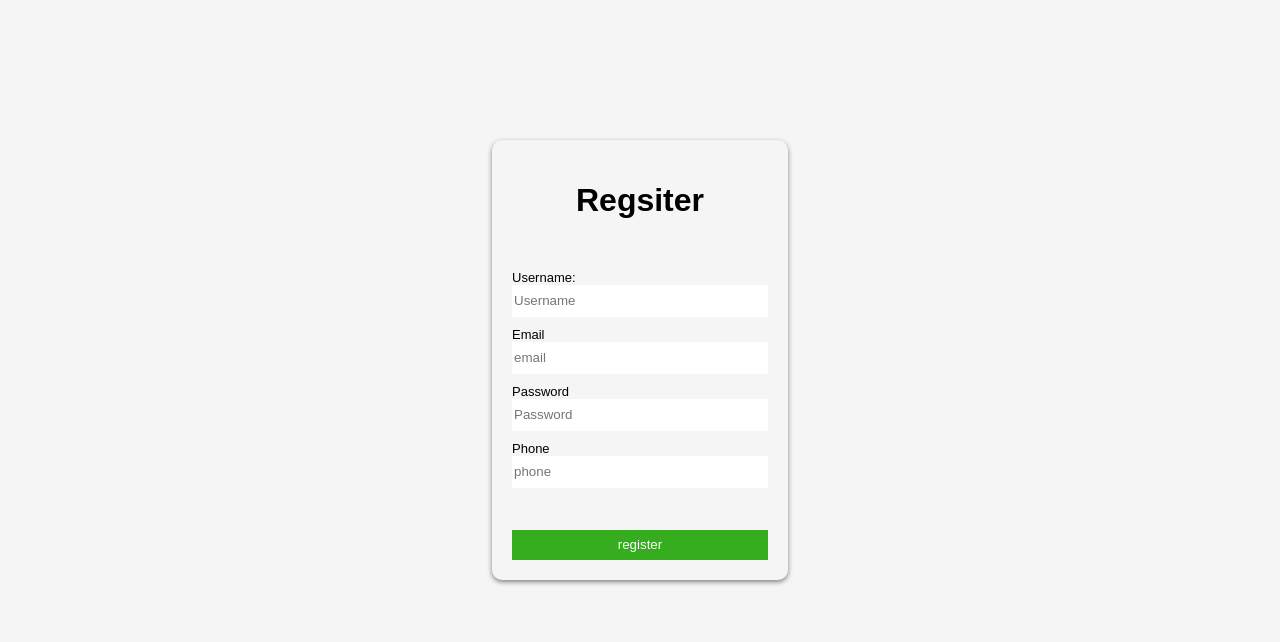
Repository: Dennis-star1001/PHP-CRUD
Page: http://localhost/register.php
An editor plug-in stored every save of this project. The page is shown before and after the next save, followed by the edit.
The browser window is 1280 px wide. The pictures show the whole page.
The page is run by PHP 8.4 with error messages shown; the project is at /var/www/html/.

Above is the page before, as saved 2022-07-05 22:35:12.

### register.php
<?php require("backend.php");
?>
<?php
$err = "";
$sucess ='';
$clas = '';
if (isset($_GET['err'])) {
    $err = $_GET['err'];
    $clas = 'error';

}elseif(isset($_GET['sucess'])){
    $sucess = $_GET['err'];
    $clas = 'sucess';

} ?>
<!DOCTYPE html>
<html lang="en">

<head>
    <meta charset="UTF-8">
    <meta http-equiv="X-UA-Compatible" content="IE=edge">
    <meta name="viewport" content="width=device-width, initial-scale=1.0">
    <link rel="stylesheet" href="style.css">
    <title>Document</title>
</head>

<body>
    <form method="POST" action="backend.php">
        <div class="container">
            <div class="left">
                <h1 class="title">Regsiter</h1>
                <?php echo "<div class='$clas'>$err</div>" ?>
                <?php echo "<div class='$clas'>$sucess</div>" ?>
                <div class="input-field">
                    <label for="username">Username:</label>
                    <input type="text" class="text-input" placeholder="Username" name="username" />
                </div>
                <div class="input-field">
                    <label for="email">Email</label>
                    <input type="email" class="text-input" placeholder="email" name="email" />
                </div>
                <div class="input-field">
                    <label for="password">Password</label>
                    <input type="password" class="text-input" placeholder="Password" name="password" />
                </div>
                <div class="input-field">
                    <label for="phone">Phone</label>
                    <input type="phonr" class="text-input" placeholder="phone" name="phone" />
                    <p></p>
                </div>
                <input type="submit" value="register" class="submit" name="register" />

            </div>

        </div>
    </form>

</body>

</html>

### backend.php
<?php
require("connection.php");

if (isset($_POST['register'])) {
    $username = $_POST['username'];
    $email = $_POST['email'];
    $password = $_POST['password'];
    $phone = $_POST['phone'];

    if (empty($username) || empty($email) || empty($password) || empty($phone)) {
        header("Location: register.php?err=Empty field not allowed!");
        exit;
    }

    //check if existed
    $Select_sql = "SELECT * FROM register WHERE username = '$username' AND phone = '$phone'";

    $query =  mysqli_query($conn, $Select_sql);


    if (mysqli_num_rows($query) > 0) {
        header("Location: register.php?err=This user already exist");
        exit;
    } else {
        $Insert_sql = "INSERT INTO register SET username = '$username', email='$email', password='$password', phone = '$phone'";
        mysqli_query($conn, $Insert_sql);
        header("Location: login.php?sucess=You can now register");
    }
}


if (isset($_POST['login'])) {
    $username = $_POST['username'];

    $password = $_POST['password'];


    if (empty($username) || empty($password)) {
        header("Location: login.php?err=Empty field not allowed!");
        exit;
    }

    $sql = "SELECT * FROM register WHERE username = '$username' AND password = '$password'";
    $query = mysqli_query($conn, $sql);
    if (mysqli_num_rows($query) > 0) {
        $row = mysqli_fetch_array($query);
        $_SESSION['id'] = $row['id'];
        $_SESSION['username'] = $row['username'];
        $_SESSION['password'] = $row['password'];

        header("Location: index.php?success=Logged in...");


    } else {
        header("Location: login.php?err=User not found!");
        exit;
    }

}

### connection.php
<?php
$conn = mysqli_connect("localhost", "root", "", "Wild_animals");
if(!$conn){
die("Connection failed: " . mysqli_connect_error());
}

### style.css
body {
    margin: 0px;
    font-family: sans-serif;
    background-color: whitesmoke;
}

.title{

    text-align: center;

}

.container{
    display: flex;
    justify-content: center;
    align-items: center;
    height: 100vh;
}
.left{
    display: flex;
    flex-direction: column;
    width: 20%;
    /* border: 1px solid black; */
    box-shadow: 0 2px 5px gray;
    border-radius: 10px;
    padding: 20px;
    gap: 10px;
}
.input-field{
    display: flex;
    flex-direction: column;
}
input{
    height: 30px;
    border: none;

}
input:focus{
    outline: none;
    border-bottom: 1px solid gray;
}
label{
    font-size: 13px;
}
.submit{
    background-color: rgb(54, 173, 30);
    border: none;
    color: white;
}
.error {
    height: 5%;
    width: 100%;
    background-color: pink;
    color: red;
    font-family: sans-serif;
    display: flex;
    justify-content: center;
    align-items: center;
    font-size: 15px;
}

.success {
    height: 10%;
    width: 100%;
    background-color: lightgreen;
    color: green;
    font-family: sans-serif;
    display: flex;
    justify-content: center;
    align-items: center;
    font-size: 15px;
}

After the next save:
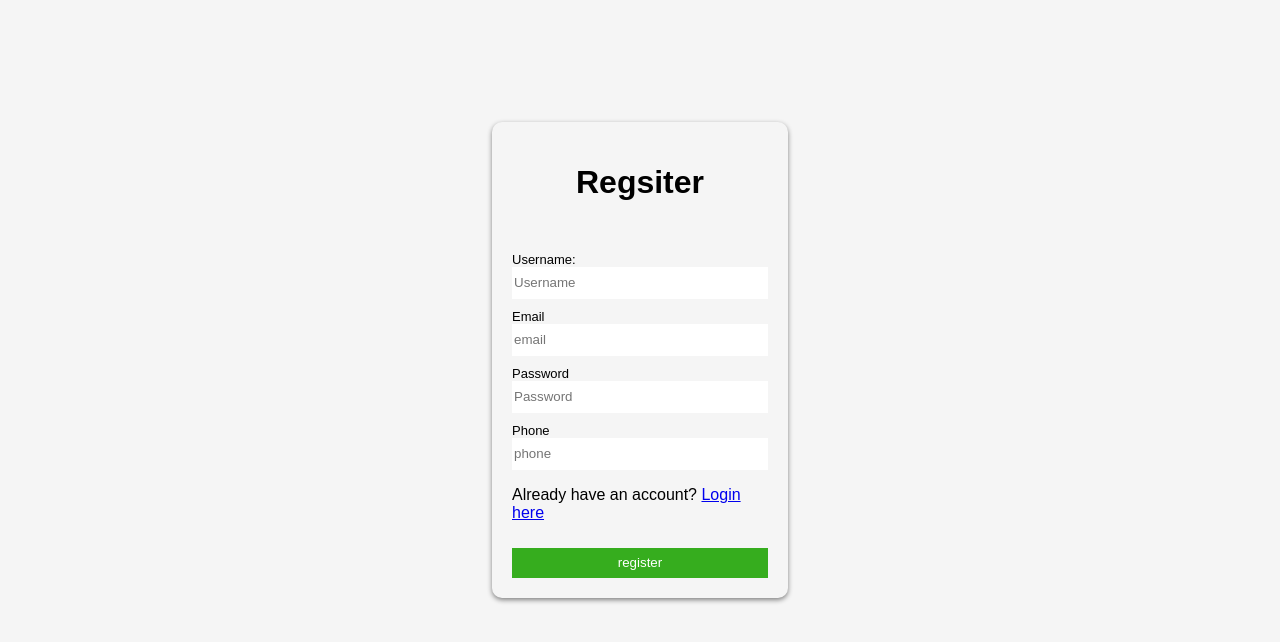
Saved 109 s later.
--- a/register.php
+++ b/register.php
@@ -46,7 +46,7 @@ if (isset($_GET['err'])) {
                 <div class="input-field">
                     <label for="phone">Phone</label>
                     <input type="phonr" class="text-input" placeholder="phone" name="phone" />
-                    <p></p>
+                    <p>Already have an account? <a href="login.php">Login here</a> </p>
                 </div>
                 <input type="submit" value="register" class="submit" name="register" />
 
